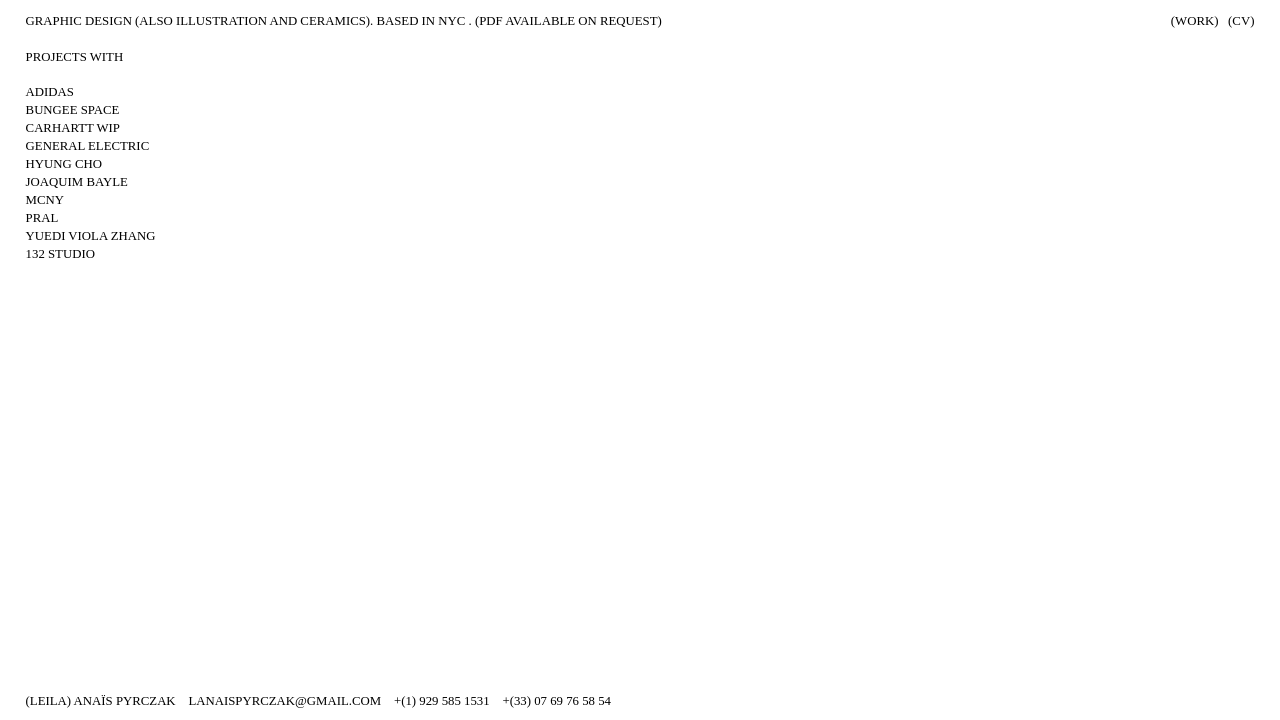
Repository: pyrcl090/site
Page: info.html
An editor plug-in stored every save of this project. The page is shown before and after a run of saves, followed by the edit.
The browser window is 1280 px wide. The pictures show the whole page.
Some web fonts or font styles are not loaded; a fallback is used.

Above is the page before, as saved 2024-09-04 03:57:39.
Console error: TypeError: Cannot read properties of null (reading 'addEventListener')

After the next 2 saves:
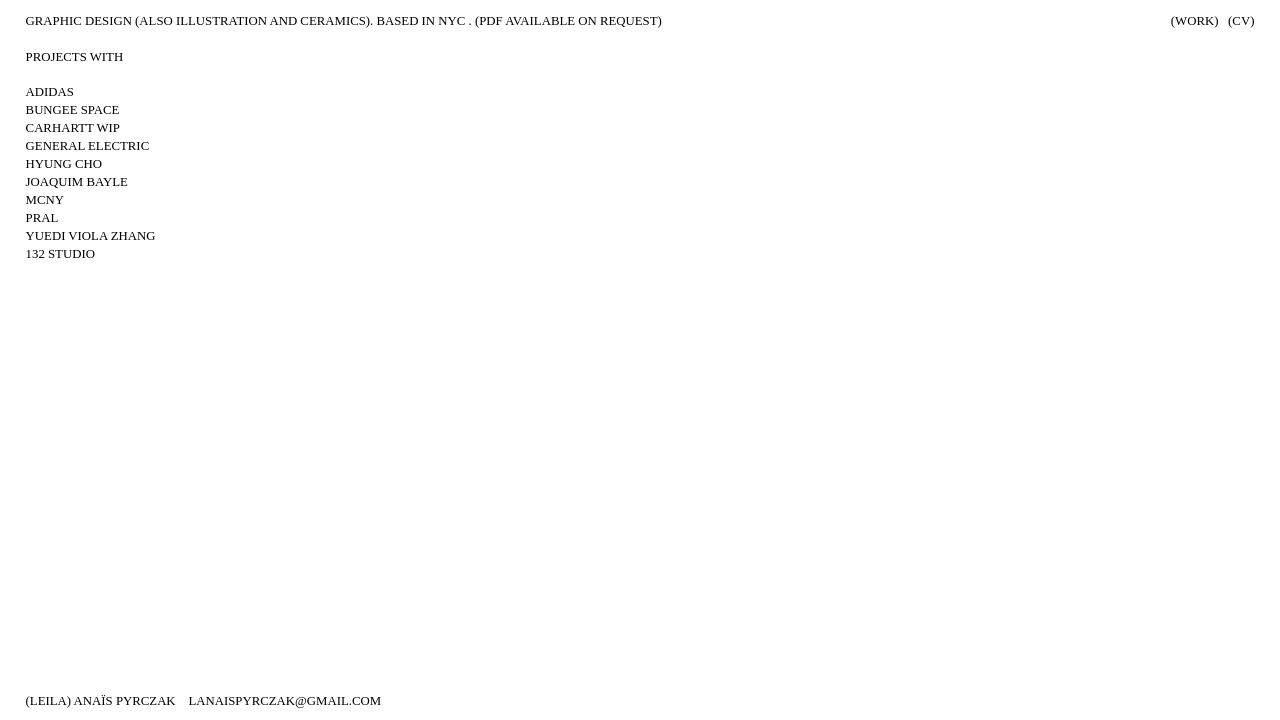
The 2 saves are shown as one change because they came seconds apart.
The last was saved 11 min 51 s later.
--- a/info.html
+++ b/info.html
@@ -15,7 +15,7 @@
 </head>
 <body>
 
-  <p class="nav">(<span >LEILA</span>) ANAÏS PYRCZAK &nbsp;&nbsp; lanaispyrczak@gmail.com &nbsp;&nbsp; +(<span>1</span>) 929 585 1531 &nbsp;&nbsp; +(<span>33</span>) 07 69 76 58 54</p>
+  <p class="nav">(<span >LEILA</span>) ANAÏS PYRCZAK &nbsp;&nbsp; lanaispyrczak@gmail.com</p>
   <!-- top right nav -->
   <p class="nav2"><a href="index.html">(<span >WORK</span>)</a>&nbsp;&nbsp;
     <a href="CV_Leila_Anais_Pyrczak.pdf">(<span >CV</span>)</a></p>
